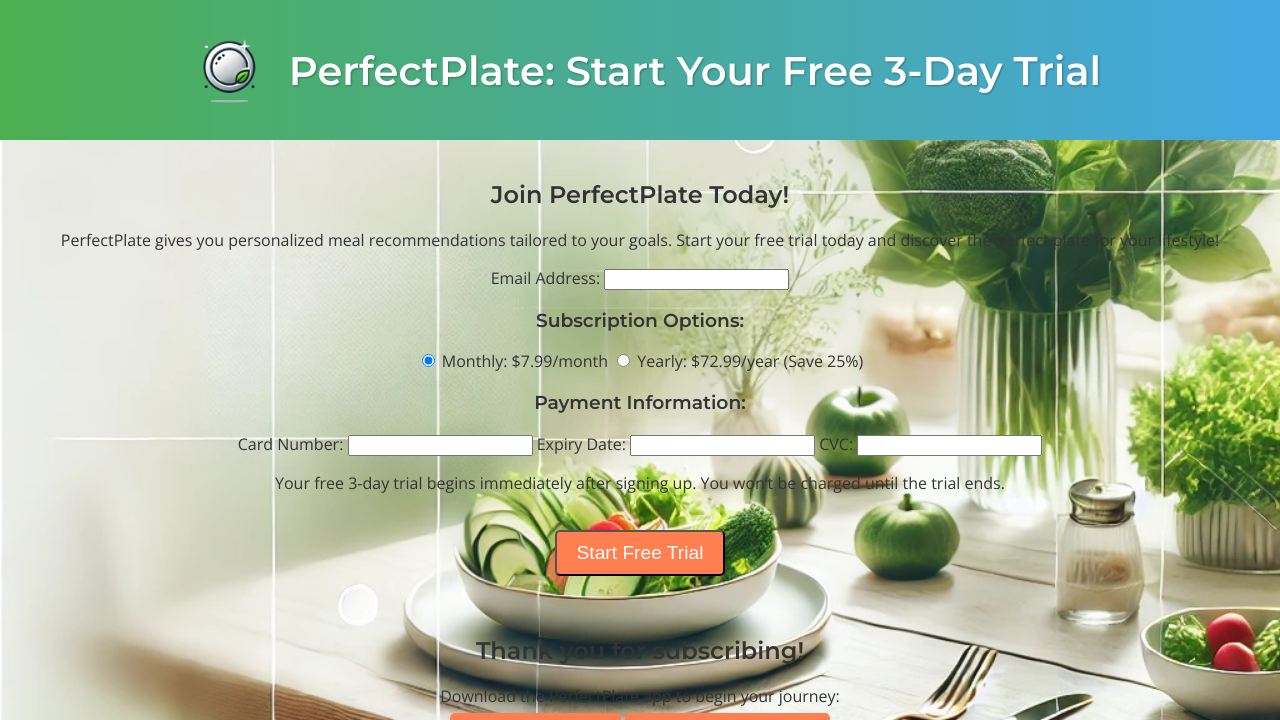
Repository: nikwhite1169/perfectplate
Page: signup.html
An editor plug-in stored every save of this project. The page is shown before and after the next save, followed by the edit.
The browser window is 1280 px wide. The pictures show the whole page.
An inner scrolling area shows only its first screen.

Above is the page before, as saved 2025-01-13 00:31:06.

### signup.html
<!DOCTYPE html>
<html lang="en">
<head>
  <meta charset="UTF-8" />
  <meta name="viewport" content="width=device-width, initial-scale=1.0"/>
  <title>PerfectPlate: Start Your Free 3-Day Trial</title>

  <!-- Google Fonts -->
  <link rel="preconnect" href="https://fonts.googleapis.com" />
  <link rel="preconnect" href="https://fonts.gstatic.com" crossorigin />
  <link
    href="https://fonts.googleapis.com/css2?family=Montserrat:wght@600&family=Open+Sans:wght@400&display=swap"
    rel="stylesheet"
  />

  <link rel="stylesheet" href="styles.css" />
</head>
<body>
  <header>
    <div class="header-top">
      <img src="images/logo.png" alt="PerfectPlate Logo" class="logo" />
      <h1>PerfectPlate: Start Your Free 3-Day Trial</h1>
    </div>
  </header>

  <section id="signup">
    <div class="text-background">
      <h2>Join PerfectPlate Today!</h2>
      <p>PerfectPlate gives you personalized meal recommendations tailored to your goals. Start your free trial today and discover the perfect plate for your lifestyle!</p>
      <form id="signup-form" action="/process-payment" method="POST">
        <label for="email">Email Address:</label>
        <input type="email" id="email" name="email" required />

        <h3>Subscription Options:</h3>
        <label>
          <input type="radio" name="subscription" value="monthly" checked />
          Monthly: $7.99/month
        </label>
        <label>
          <input type="radio" name="subscription" value="yearly" />
          Yearly: $72.99/year (Save 25%)
        </label>

        <h3>Payment Information:</h3>
        <!-- Replace with actual payment gateway integration -->
        <label for="card-number">Card Number:</label>
        <input type="text" id="card-number" name="card-number" required />
        <label for="expiry-date">Expiry Date:</label>
        <input type="text" id="expiry-date" name="expiry-date" required />
        <label for="cvc">CVC:</label>
        <input type="text" id="cvc" name="cvc" required />

        <p>Your free 3-day trial begins immediately after signing up. You won’t be charged until the trial ends.</p>
        <button type="submit" class="cta-button">Start Free Trial</button>
      </form>
    </div>
  </section>

  <section id="confirmation" class="hidden">
    <div class="text-background">
      <h2>Thank you for subscribing!</h2>
      <p>Download the PerfectPlate app to begin your journey:</p>
      <a href="https://www.apple.com/app-store/" class="app-store-link">Download for iOS</a>
      <a href="https://play.google.com/store" class="app-store-link">Download for Android</a>
    </div>
  </section>

  <footer>
    <p>&copy; 2024 PerfectPlate. Perfect dining, made just for you.</p>
    <a href="privacy-policy.html">Privacy Policy</a> | <a href="terms-of-service.html">Terms of Service</a>
  </footer>

  <script>
    // Example script to handle form submission and show confirmation message
    document.getElementById('signup-form').addEventListener('submit', function(event) {
      event.preventDefault();
      document.getElementById('signup').style.display = 'none';
      document.getElementById('confirmation').style.display = 'block';
    });
  </script>
</body>
</html>

### styles.css
/* -----------------------
   Global Styles
------------------------ */
html, body {
  margin: 0;
  padding: 0;
  height: 100%;
  overflow-x: hidden;
}

body {
  /* Use Open Sans for body text */
  font-family: 'Open Sans', sans-serif;
  margin: 0 auto;
  padding: 0;
  text-align: center;
  color: #333;

  /* Background image as requested */
  background: url('images/background.webp') no-repeat center center fixed;
  background-size: cover;

  position: relative;
  max-width: 100%;
}

/* Use Montserrat for headings */
h1, h2, h3 {
  font-family: 'Montserrat', sans-serif;
}

/* Simple fade-in animation (triggered by JS) */
.fade-in {
  opacity: 0;
  transform: translateY(20px);
  transition: opacity 0.8s ease, transform 0.8s ease;
}
.appear {
  opacity: 1;
  transform: translateY(0);
}

/* -----------------------
   Header Section
------------------------ */
header {
  /* Simple green-to-blue gradient for more personality */
  background: linear-gradient(90deg, rgba(76,175,80,1) 0%, rgba(68,167,227,1) 100%);
  color: white;
  padding: 20px 0;
}

/* Logo & Title - Stacked on mobile, centered */
.header-top {
  display: flex;
  flex-direction: column;
  align-items: center;
  gap: 10px;
  justify-content: center;
}

.logo {
  width: 100px;
  display: block;
}

header h1 {
  margin: 0;
  font-size: 2em;
  text-shadow: 1px 1px 2px rgba(0,0,0,0.3);
}

/* Two buttons - Stacked & centered on mobile */
.header-app-links {
  display: flex;
  flex-direction: column;
  align-items: center;
  gap: 10px;
  margin-top: 15px;
  justify-content: center;
}

/* Actual link button styling */
.app-store-link {
  padding: 10px 20px;
  background-color: #ff7f50; /* Coral accent color */
  border-radius: 5px;
  color: #fff;
  font-size: 1em;
  text-decoration: none;
  font-weight: 600;
  transition: background-color 0.3s ease;
}

.app-store-link:hover {
  background-color: #ed6d3f; /* Slightly darker coral */
}

/* On larger screens => side-by-side layout */
@media (min-width: 768px) {
  .header-top {
    flex-direction: row;
  }

  header h1 {
    font-size: 2.5em;
  }

  .header-app-links {
    flex-direction: row;
  }
}

/* -----------------------
   Intro Section
------------------------ */
#intro {
  max-width: 800px;
  margin: 30px auto 20px;
  padding: 30px 20px;
  background-color: rgba(255, 255, 255, 0.85);
  border-radius: 10px;

  /* Subtle box shadow for better contrast */
  box-shadow: 0 4px 12px rgba(0,0,0,0.1);
}

.text-background {
  background: transparent;
  padding: 20px;
  border-radius: 10px;
  display: inline-block;
}

#intro h2 {
  font-size: 2em;
  margin-bottom: 10px;
}

/* -----------------------
   Scroll Prompt
------------------------ */
.scroll-prompt {
  margin: 20px auto;
  text-align: center;
  /*
    Semi-transparent background behind the text/arrow.
    Adjust opacity or color to your liking.
  */
  background: rgba(0,0,0,0.5);
  display: inline-block;
  padding: 10px 15px;
  border-radius: 8px;
}

.scroll-prompt .prompt-text {
  font-size: 1.2em;
  font-weight: 600;
  color: #fff;
  text-shadow: 1px 1px 2px rgba(0,0,0,0.5);
  margin-bottom: 5px;
}

.arrow-down {
  font-size: 1.5em;
  color: #fff;
  animation: bounceArrow 1s infinite alternate;
  cursor: default;
  text-shadow: 1px 1px 2px rgba(0,0,0,0.5);
}

@keyframes bounceArrow {
  from {
    transform: translateY(0);
  }
  to {
    transform: translateY(6px);
  }
}

/* -----------------------
   Features Section
------------------------ */
#features {
  max-width: 800px;
  margin: 30px auto;
  padding: 50px 20px;
  background-color: rgba(255, 255, 255, 0.85);
  border-radius: 10px;
  box-shadow: 0 4px 12px rgba(0,0,0,0.1);
}

#features h2 {
  font-size: 2em;
  margin-bottom: 30px;
}

/* Feature Cards (icon + text) */
.feature {
  margin: 30px 0;
  display: flex;
  flex-direction: column;
  align-items: center;
  padding: 15px;
}

.feature-icon {
  font-size: 2em;
  margin-bottom: 10px;
}

.feature h3 {
  font-size: 1.5em;
  color: #4caf50;
  margin-bottom: 10px;
  text-transform: uppercase;
}

.feature p {
  font-size: 1.1em;
  margin-top: 10px;
  max-width: 600px;
}

/* “Coming Soon” styling */
.coming-soon {
  font-size: 0.8em;
  color: #f39c12;
  font-weight: bold;
}

/* -----------------------
   How It Works
------------------------ */
#how-it-works {
  max-width: 800px;
  margin: 30px auto;
  padding: 50px 20px;
  background-color: rgba(255, 255, 255, 0.85);
  border-radius: 10px;
  box-shadow: 0 4px 12px rgba(0,0,0,0.1);
}

#how-it-works h2 {
  font-size: 2em;
  margin-bottom: 20px;
}

.steps {
  list-style: none;
  text-align: left;
  margin: 0 auto;
  padding: 0;
  max-width: 600px;
}

.steps li {
  margin: 15px 0;
  display: flex;
  align-items: baseline;
  font-size: 1.1em;
}

.steps li strong {
  min-width: 100px;
  text-align: left;
  font-weight: bold;
  color: #4caf50;
}

.steps li span {
  flex: 1;
  text-align: left;
}

/* -----------------------
   CTA Section
------------------------ */
#cta {
  /* A teal-to-green gradient for the CTA area */
  background: linear-gradient(90deg, rgba(0,178,155,1) 0%, rgba(76,175,80,1) 100%);
  color: white;
  padding: 40px 0;
  margin: 30px 0 0 0;
  width: 100%;
  text-align: center;
  box-sizing: border-box;
}

#cta h2 {
  font-size: 2em;
  margin: 0 0 10px;
}

#cta p {
  font-size: 1.1em;
  margin: 0;
  margin-bottom: 20px;
}

.cta-button {
  display: inline-block;
  padding: 10px 20px;
  background-color: #ff7f50; /* Coral accent again */
  color: #fff;
  text-decoration: none;
  border-radius: 5px;
  font-size: 1.2em;
  margin-top: 20px;
  transition: background-color 0.3s ease;
}

.cta-button:hover {
  background-color: #ed6d3f;
}

/* -----------------------
   Footer
------------------------ */
footer {
  margin-top: 20px;
  background-color: #222;
  color: white;
  padding: 20px 0;
  font-size: 0.9em;
  opacity: 0.9;
  text-shadow: 1px 1px 2px rgba(0,0,0,0.3);
}

After the next save:
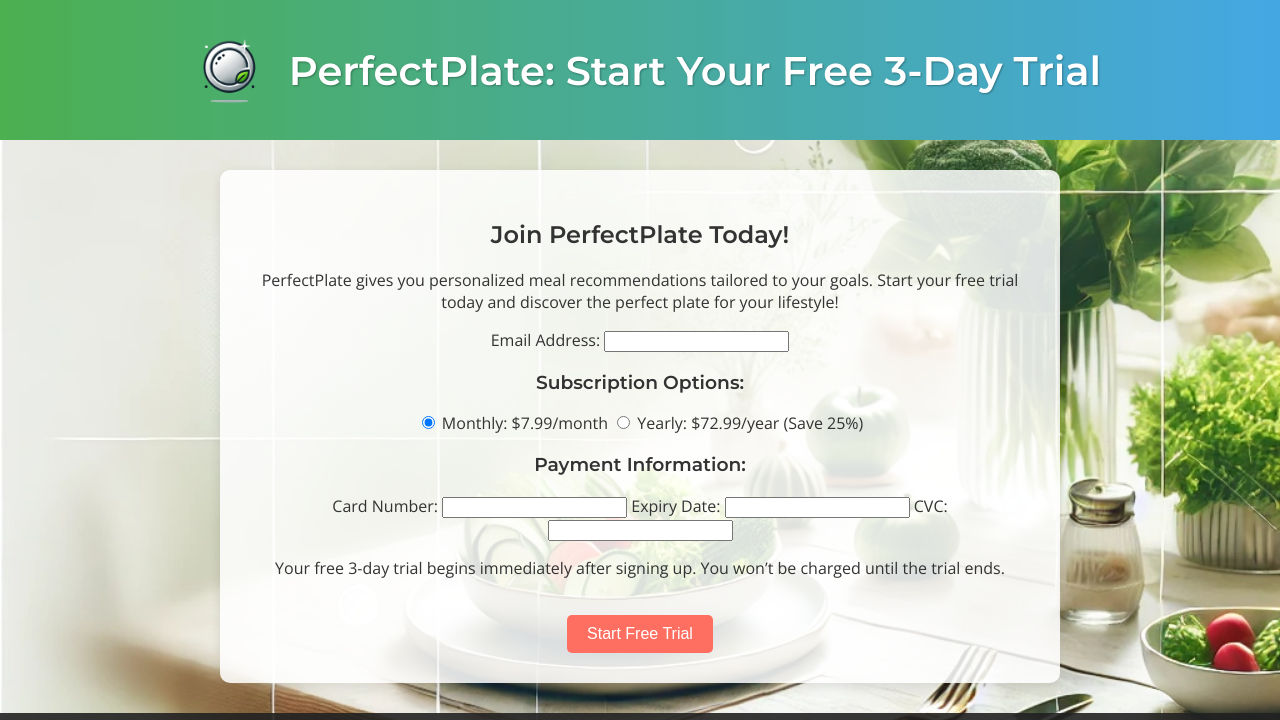
Saved 2 min 41 s later.
--- a/styles.css
+++ b/styles.css
@@ -82,18 +82,14 @@
 
 /* Actual link button styling */
 .app-store-link {
-  padding: 10px 20px;
-  background-color: #ff7f50; /* Coral accent color */
-  border-radius: 5px;
-  color: #fff;
-  font-size: 1em;
+  display: inline-block;
+  margin: 10px 0;
+  color: #0073e6;
   text-decoration: none;
-  font-weight: 600;
-  transition: background-color 0.3s ease;
 }
 
 .app-store-link:hover {
-  background-color: #ed6d3f; /* Slightly darker coral */
+  text-decoration: underline;
 }
 
 /* On larger screens => side-by-side layout */
@@ -126,10 +122,16 @@
 }
 
 .text-background {
-  background: transparent;
-  padding: 20px;
+  background-color: rgba(255, 255, 255, 0.85);
+  padding: 30px 20px;
   border-radius: 10px;
-  display: inline-block;
+  box-shadow: 0 4px 12px rgba(0,0,0,0.1);
+  margin: 30px auto;
+  max-width: 800px;
+}
+
+.hidden {
+  display: none;
 }
 
 #intro h2 {
@@ -301,17 +303,18 @@
 .cta-button {
   display: inline-block;
   padding: 10px 20px;
-  background-color: #ff7f50; /* Coral accent again */
-  color: #fff;
-  text-decoration: none;
+  background-color: #ff6f61;
+  color: white;
+  border: none;
   border-radius: 5px;
-  font-size: 1.2em;
+  cursor: pointer;
+  font-size: 1em;
   margin-top: 20px;
   transition: background-color 0.3s ease;
 }
 
 .cta-button:hover {
-  background-color: #ed6d3f;
+  background-color: #ff4a3d;
 }
 
 /* -----------------------
